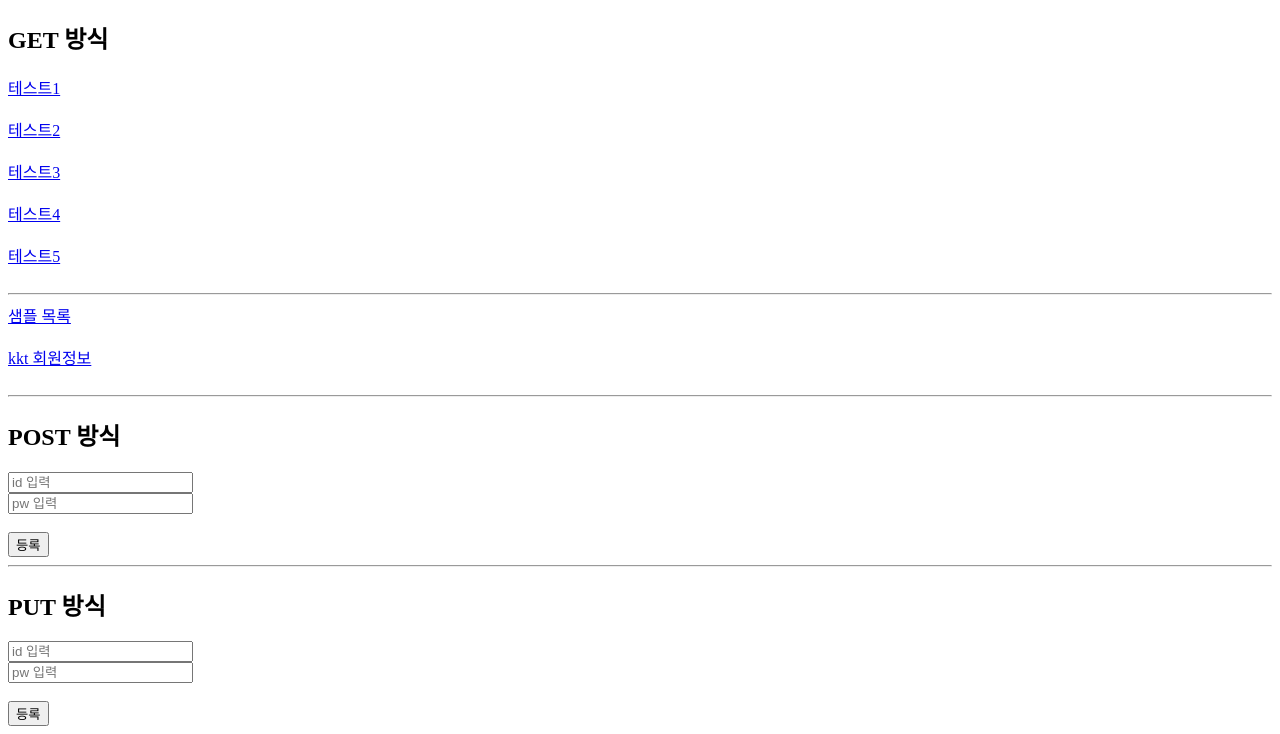
Repository: okgunyang/pro07
Page: http://localhost/pro07/WEB-INF/views/api.jsp
The author's editor kept a copy of each file at every save. The page is drawn from the files as they stood at one save, then again after the next save.
The browser window is 1280 px wide. The pictures show the whole page.
The page is served by Tomcat 9. Nobody is signed in. Other server files are loaded and not shown. The template is opened directly, without the code that normally fills it, so the values that code supplies are empty.

Above is the page before, as saved 2023-01-05 08:46:47.

### pro07/src/main/webapp/WEB-INF/views/api.jsp
<%@ page language="java" contentType="text/html; charset=UTF-8"
    pageEncoding="UTF-8"%>
<!DOCTYPE html>
<html>
<head>
	<meta charset="UTF-8">
    <meta http-equiv="X-UA-Compatible" content="IE=edge">
    <meta name="viewport" content="width=device-width, initial-scale=1.0, user-scalable=no">
	<title>API Test</title>

</head>
<body>
	<h2>GET 방식</h2>
	<a href="test1">테스트1</a><br><br>
	<a href="test2/kkt/1234">테스트2</a><br><br>
	<a href="test3/kkt">테스트3</a><br><br>
	<a href="test4/kkt/1234">테스트4</a><br><br>
	<a href="test5/kkt">테스트5</a><br><br>
	<hr>
	<a href="list">샘플 목록</a><br><br>
	<a href="user/kkt">kkt 회원정보</a><br><br>

	<hr>
	<h2>POST 방식</h2>
	<form name="addSample" action="add" method="post">
		<input type="text" id="id" name="id" placeholder="id 입력"><br>
		<input type="password" id="pw" name="pw" placeholder="pw 입력"><br><br>
		<input type="submit" value="등록">
	</form>
	<hr>
	<h2>PUT 방식</h2>
	<form name="updateSample" action="update" method="post">
		<input type="text" id="id" name="id" placeholder="id 입력"><br>
		<input type="password" id="pw" name="pw" placeholder="pw 입력"><br><br>
		<input type="submit" value="등록">
	</form>
</body>
</html>

After the next save:
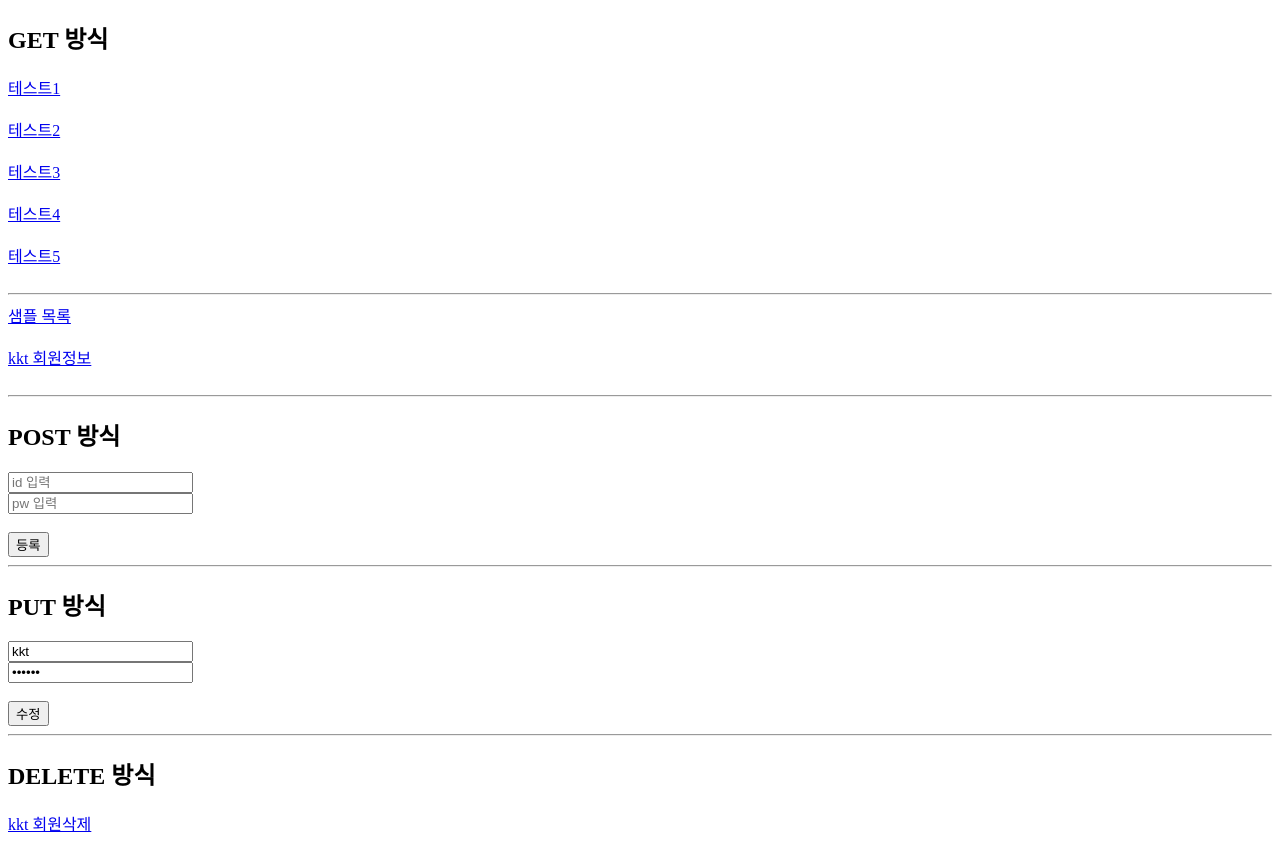
Saved 5 min 27 s later.
--- a/pro07/src/main/webapp/WEB-INF/views/api.jsp
+++ b/pro07/src/main/webapp/WEB-INF/views/api.jsp
@@ -30,9 +30,12 @@
 	<hr>
 	<h2>PUT 방식</h2>
 	<form name="updateSample" action="update" method="post">
-		<input type="text" id="id" name="id" placeholder="id 입력"><br>
-		<input type="password" id="pw" name="pw" placeholder="pw 입력"><br><br>
-		<input type="submit" value="등록">
+		<input type="text" id="id" name="id" value="kkt"><br>
+		<input type="password" id="pw" name="pw" value="123456"><br><br>
+		<input type="submit" value="수정">
 	</form>
+		<hr>
+	<h2>DELETE 방식</h2>
+	<a href="delete/kkt">kkt 회원삭제</a><br><br>
 </body>
 </html>
